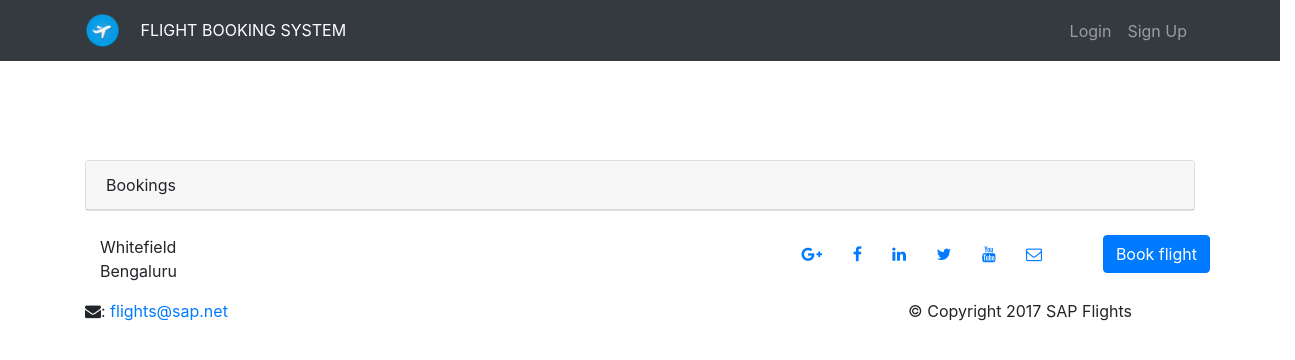
Repository: yashtatia/Spring-Practice
Page: http://localhost/FitnessTracker/WEB-INF/jsp/myBookings.jsp
The author's editor kept a copy of each file at every save. The page is drawn from the files as they stood at one save, then again after the next save.
The browser window is 1280 px wide. The page is 1280 px wide, then 1295 px, then 1280 px, so the pictures cover 1295 px, including what lies to the right of the window. The pictures show the whole page.
Some web libraries are served in a nearby version. The page is served by Tomcat 9. Nobody is signed in. Other server files are loaded and not shown. The template is opened directly, without the code that normally fills it, so the values that code supplies are empty.

Above is the page before, as saved 2017-09-06 15:15:14.

### FitnessTracker/src/main/webapp/WEB-INF/jsp/myBookings.jsp
<%@ taglib prefix="c" uri="http://java.sun.com/jsp/jstl/core"%>
<%@ taglib prefix="form" uri="http://www.springframework.org/tags/form" %>
<%@ taglib prefix="spring" uri="http://www.springframework.org/tags" %>

<jsp:include page="header.jsp" />

	<header class="jumbotron" style="background-color: white;">
	</header>

	<div class="container">
		<div class="card" style="max-width: 80rem;">
			<div class="card-header">
				Bookings
			</div>
			<c:forEach items="${myBookingsReport}" var="booking">

			<div class="card-block">
					<label>
					<i class="fa fa-plane" aria-hidden="true"></i>
				</label>
					<div class="row row-content">




						<div class="col-md-2 col-sm-2 col-xs-12">
								<div class="row row-content">
									<div class="col-md-5 padding-left nopadding-right text-right padding-down" ><label style="font-size: 50px;">${booking.day}</label></div>
									<div class="col-md-7 nopadding">
										<span class="align-top"><h3></h3></span>
										<span class="align-middle">${booking.weekday}</span>
										<span class="align-bottom">${booking.month}'${booking.year}</span>
									</div>
								</div>






						</div>
						<div class="col-md-5 col-sm-5 col-xs-12 text-center padding-top" style="height: 50%" >
							<label>${booking.source.airport_name} <i class="fa fa-fighter-jet" aria-hidden="true"></i> ${booking.destination.airport_name}</label>
						</div>
						<div class="col-md-5 col-sm-5 col-xs-12">
							<div><label>${booking.booking_status}</label></div>
							<div><label>Booking Id: ${booking.booking_id}</label></div>
							<div><label>Booked on: ${booking.booked_on}</label></div>


						</div>
					</div>
				</div>
				<div class="card-footer text-muted">
						<a href="#" class="btn btn-secondary">MANAGE BOOKING</a>
						<a href="#" class="btn btn-secondary">PRINT TICKET</a>
						<a href="cancelBooking.html?bookingId=${booking.booking_id}" class="btn btn-danger">Cancel Ticket</a>
				</div>


							</c:forEach>


					<c:if test="${myBookingsReport.size() == 0 }">
					<div class="header">
						<h1>No Bookings</h1>
					</div>
					</c:if>

		</div>

	</div>
	<br/>
	<div class="container" style="max-height: 300px;">
						<div class="row row-content float-right padding-right">

								<a href="index.jsp" class="btn btn-large btn-primary" id="ye">Book flight</a>

						</div>
					</div>

<jsp:include page="footer.jsp" />

### FitnessTracker/src/main/webapp/WEB-INF/jsp/header.jsp
<%@ taglib prefix="c" uri="http://java.sun.com/jsp/jstl/core"%>
<%@ taglib prefix="form" uri="http://www.springframework.org/tags/form" %>
<%@ taglib prefix="spring" uri="http://www.springframework.org/tags" %>
<!DOCTYPE html>
<html>
<head>
	<meta charset="utf-8">
    <meta http-equiv="X-UA-Compatible" content="IE=edge">
    <meta name="viewport" content="width=device-width, initial-scale=1, shrink-to-fit=no">
	<title>Search Flights</title>
	<link rel="stylesheet" href="https://maxcdn.bootstrapcdn.com/bootstrap/4.0.0-beta/css/bootstrap.min.css" integrity="sha384-/Y6pD6FV/Vv2HJnA6t+vslU6fwYXjCFtcEpHbNJ0lyAFsXTsjBbfaDjzALeQsN6M" crossorigin="anonymous">
	<link href="https://maxcdn.bootstrapcdn.com/font-awesome/4.7.0/css/font-awesome.min.css" rel="stylesheet">
	<link rel="stylesheet" type="text/css" href="assets/css/jquery-ui.css">
	<style type="text/css">
		.nopadding {
		   padding: 0 !important;
		   margin: 0 !important;
		}
		.padding-left {
			padding-left: 20px;
		}
		.nopadding-right {
			padding-right: 1px;
		}
		.padding-top {
			padding-top: 20px;
		}
		.padding-down {
			padding-bottom: 40px;
		}
		.vcenter {
		    display: inline-block;
		    vertical-align: middle;
		    float: none;
		}

		.table td, .table th {
			text-align: center;
			align-items: center;
			align-content: center;
		}

		.fa.fa-arrow-right:hover {
		    transform: rotate(180deg);
		}
		.fa.fa-arrow-right {
		    transition: transform 0.5s ;
		}

	</style>
</head>
<body>

	 <nav class="navbar navbar-expand-md navbar-dark bg-dark fixed-top">
            <div class="container">
                <div class="navbar-header">
	                <span><a class="navbar-brand" href="index.jsp"><img src="assets/img/sap.png" height=35 width=35></a></span>
	                <span style="color: white;">FLIGHT BOOKING SYSTEM</span>
                </div>

                <c:choose>
    				<c:when test="${not logInForm.loggedIn || logInForm == null}">
                       <ul class="navbar-nav bd-navbar-nav" style="cursor: pointer;">
	                        <li class="nav-item"><a class="nav-link" data-toggle="modal" data-target="#loginModal" id="login"><span class="glyphicon glyphicon-log-in"></span> Login</a></li>
	                        <li class="nav-item"><a class="nav-link" href="signUp.html"><span class="glyphicon glyphicon-log-in"></span> Sign Up</a></li>
	                    </ul>
	    			</c:when>
	    			<c:otherwise>
	                    <ul class="navbar-nav bd-navbar-nav" style="cursor: pointer;">
	                        <li class="nav-item dropdown">
	                            <a href="#" class="nav-link dropdown-toggle" data-toggle="dropdown"
	                             role="button" aria-haspopup="true" aria-expanded="false" style="color: white; ">
	                             <i class="fa fa-user-o" aria-hidden="true"></i>  ${userForm.fname} ${userForm.lname} <span class="caret"></span></a>
	                            <ul class="dropdown-menu">
	                                <li><a class="dropdown-item" href="#">Your Miles : ${userForm.air_miles}</a></li>
	                                <li><a class="dropdown-item" href="myBookings.html">MyBookings</a></li>
	                                <li><a class="dropdown-item" href="logout.html">Logout</a></li>
	                            </ul>
	                        </li>
	                    </ul>
	                </c:otherwise>
                </c:choose>


                </div>
        </nav>

    <c:if test="${logInForm.loggedIn == false || logInForm == null}">

	    <div id="loginModal" class="modal fade " role="dialog" aria-labelledby="loginModal" aria-hidden="true">
	        <div class="modal-dialog" style="max-width: 650px !important;">
	        <!-- Modal content-->
	        <div class="modal-content">
	            <div class="modal-header">
	                <h5 class="modal-title" id="exampleModalLabel">Login</h5>
			     	   <button type="button" class="close" data-dismiss="modal" aria-label="Close">
			        	  <span aria-hidden="true">&times;</span>
			       	 </button>
	            </div>
		        <div class="modal-body">
		            <form:form modelAttribute="logInForm" class="form-inline" id="loginForm" action="logIn.html" method="POST">
		                <div class="form-group">
		                    <label class="sr-only" for="InputEmail">Email address</label>
		                    <form:input path="username" type="email" class="form-control" id="Email" placeholder="Email" name="email" />
		                </div>
		                <div class="form-group mx-sm-3">
		                    <label class="sr-only" for="Password">Password</label>
		                    <form:input path="password" type="password" class="form-control" id="Password" placeholder="Password" name="password" />
		                </div>

	            		<div class="form-group mx-sm-3">
	            			<button type="button" class="btn btn-default btn-danger pull-right" data-dismiss="modal">Cancel</button>
		                	<button type="submit" class="btn btn-default btn-info pull-right">Sign in</button>
	            		</div>


	            	</form:form>
				</div>

	        </div>
	        </div>
	    </div>

    </c:if>

### FitnessTracker/src/main/webapp/WEB-INF/jsp/footer.jsp

	<footer class="row-footer">
        <div class="container">
            <div class="row row-content">

                <div class="col-md-8">
                    <address>
		              Whitefield<br>
		              Bengaluru<br>

                    </address>
                </div>
                <div class="col-md-4">
                    <div >
                        <a class="btn btn-social-icon btn-google-plus" href="http://google.com/+"><i class="fa fa-google-plus"></i></a>
                        <a class="btn btn-social-icon btn-facebook" href="http://www.facebook.com/profile.php?id="><i class="fa fa-facebook"></i></a>
                        <a class="btn btn-social-icon btn-linkedin" href="http://www.linkedin.com/in/"><i class="fa fa-linkedin"></i></a>
                        <a class="btn btn-social-icon btn-twitter" href="http://twitter.com/"><i class="fa fa-twitter"></i></a>
                        <a class="btn btn-social-icon btn-youtube" href="http://youtube.com/"><i class="fa fa-youtube"></i></a>
                        <a class="btn btn-social-icon" href="mailto:"><i class="fa fa-envelope-o"></i></a>
                    </div>
                </div>
             </div>
             <div class="row row-content">
                <div class="col-md-8">
		              <i class="fa fa-envelope"></i>:
                         <a href="mailto:flights@sap.net">
                         flights@sap.net</a>
                </div>
                <div class="col-md-4">
                    <p align=center> &copy; Copyright 2017 SAP Flights</p>
                </div>
             </div>
        </div>
    </footer>




<script src="https://code.jquery.com/jquery-3.2.1.slim.min.js" integrity="sha384-KJ3o2DKtIkvYIK3UENzmM7KCkRr/rE9/Qpg6aAZGJwFDMVNA/GpGFF93hXpG5KkN" crossorigin="anonymous"></script>
<script type="text/javascript" src="http://code.jquery.com/jquery-3.2.1.min.js"></script>
<script type="text/javascript" src="assets/js/jquery-ui.min.js"></script>
<script src="https://cdnjs.cloudflare.com/ajax/libs/popper.js/1.11.0/umd/popper.min.js" integrity="sha384-b/U6ypiBEHpOf/4+1nzFpr53nxSS+GLCkfwBdFNTxtclqqenISfwAzpKaMNFNmj4" crossorigin="anonymous"></script>
<script src="https://maxcdn.bootstrapcdn.com/bootstrap/4.0.0-beta/js/bootstrap.min.js" integrity="sha384-h0AbiXch4ZDo7tp9hKZ4TsHbi047NrKGLO3SEJAg45jXxnGIfYzk4Si90RDIqNm1" crossorigin="anonymous"></script>

<script>
        $().button('toggle');
        $(document).ready(function(){
            $("#login").click(function(){
                console.log("yo!");
                $("#loginModal").modal();
            });
        });

        $(document).ready(function(){
            $("#table").click(function(){
                $("#tableModal").modal();
            });
        });
</script>
</body>
</html>

Loaded but not shown: FitnessTracker/src/main/webapp/assets/css/jquery-ui.css (library); FitnessTracker/src/main/webapp/assets/js/jquery-ui.min.js (library)

After the next save:
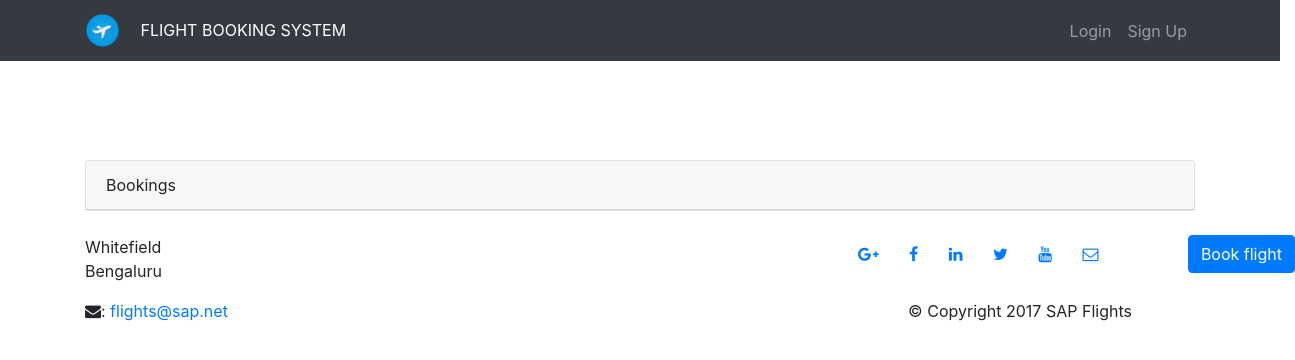
Saved 24 s later.
--- a/FitnessTracker/src/main/webapp/WEB-INF/jsp/myBookings.jsp
+++ b/FitnessTracker/src/main/webapp/WEB-INF/jsp/myBookings.jsp
@@ -71,12 +71,12 @@
 
 	</div>
 	<br/>
-	<div class="container" style="max-height: 300px;">
+
 						<div class="row row-content float-right padding-right">
 
 								<a href="index.jsp" class="btn btn-large btn-primary" id="ye">Book flight</a>
 
 						</div>
-					</div>
+
 
 <jsp:include page="footer.jsp" />

After the save that followed:
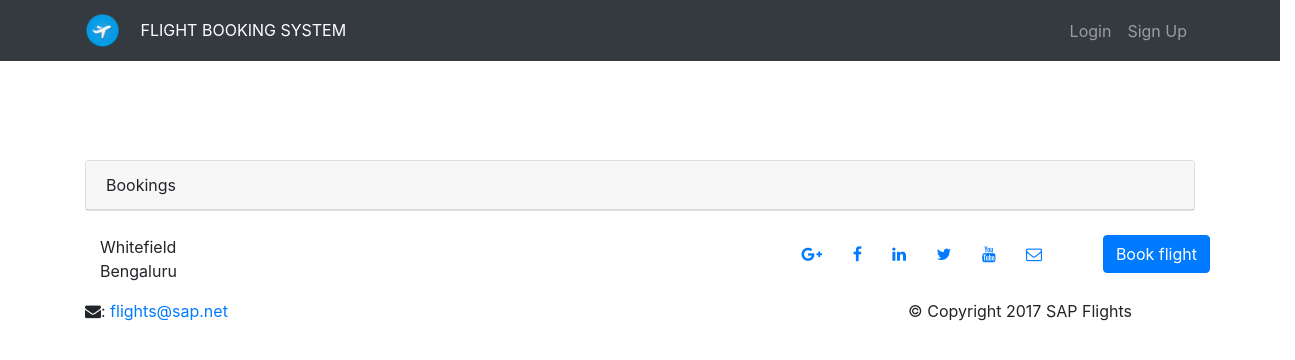
Saved 24 s later.
--- a/FitnessTracker/src/main/webapp/WEB-INF/jsp/myBookings.jsp
+++ b/FitnessTracker/src/main/webapp/WEB-INF/jsp/myBookings.jsp
@@ -71,12 +71,12 @@
 
 	</div>
 	<br/>
-
+	<div class="container" style="max-height: 300px;">
 						<div class="row row-content float-right padding-right">
 
 								<a href="index.jsp" class="btn btn-large btn-primary" id="ye">Book flight</a>
 
 						</div>
-
+					</div>
 
 <jsp:include page="footer.jsp" />
